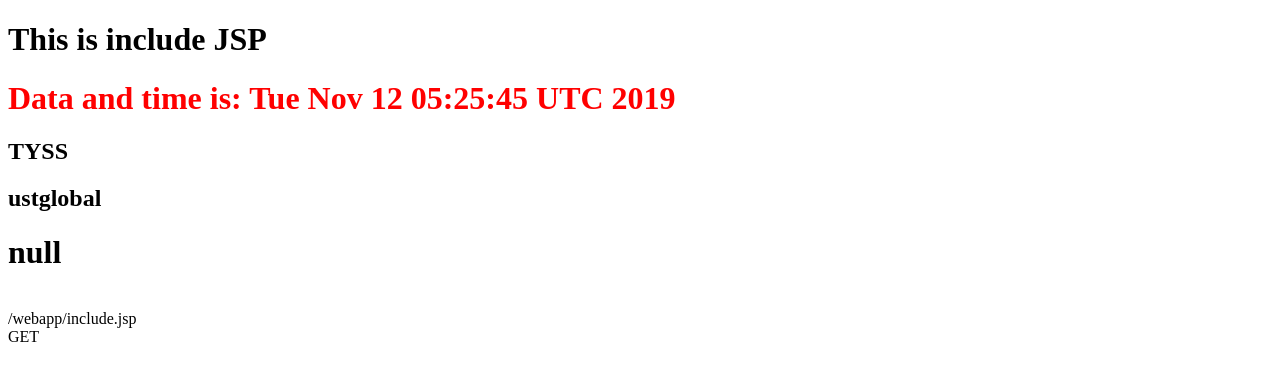
Repository: ashwinibd6697/ust-19sep-ashwinibd
Page: http://localhost/webapp/include.jsp
These files come from the project's save history. The page is drawn as it stood at one moment and after the next save; the edit follows.
The browser window is 1280 px wide. The pictures show the whole page.
The page is served by Tomcat 9. Other server files are loaded and not shown.

Above is the page before, as saved 2019-11-18 10:06:12.

### ust-java/webapp/WebContent/include.jsp
<%@ page language="java" contentType="text/html; charset=ISO-8859-1"
    pageEncoding="ISO-8859-1"%>



<!DOCTYPE html>
<html>
<head>
<meta charset="ISO-8859-1">
<title>Insert title here</title>
</head>
<body>
<h1> This is include JSP</h1>
<jsp:include page="/first"/>
</body>
</html>

### ust-java/webapp/WebContent/index.jsp
<%@page import="java.util.Date"%>
<%@ page language="java" contentType="text/html; charset=ISO-8859-1"
	pageEncoding="ISO-8859-1"%>

<%!public void jspInit() {
		System.out.println("this is init phase");
	}

	public void jspDestroy() {
		System.out.println("this is destroy phase");
	}
	%>


<!DOCTYPE html>
<html>
<head>
<meta charset="ISO-8859-1">
<title>Insert title here</title>
</head>

<%
	Date date = new Date();
	m();
%>
<%!public int i = 10;

	public void m() {
		System.out.println(i);
	}%>

<body>
	<h1 style="color: green;">
		Date and time is :<%=date%></h1>

</body>
</html>

After the next save:
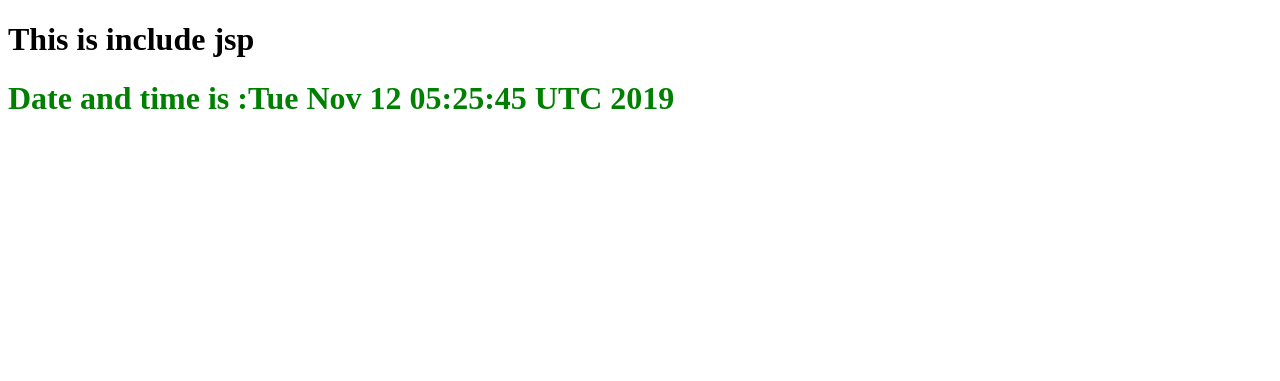
Saved 54 s later.
--- a/ust-java/webapp/WebContent/include.jsp
+++ b/ust-java/webapp/WebContent/include.jsp
@@ -1,8 +1,5 @@
 <%@ page language="java" contentType="text/html; charset=ISO-8859-1"
     pageEncoding="ISO-8859-1"%>
-
-
-
 <!DOCTYPE html>
 <html>
 <head>
@@ -10,7 +7,7 @@
 <title>Insert title here</title>
 </head>
 <body>
-<h1> This is include JSP</h1>
-<jsp:include page="/first"/>
+<h1> This is include jsp</h1>
+<jsp:include page="/index.jsp"></jsp:include>
 </body>
 </html>
